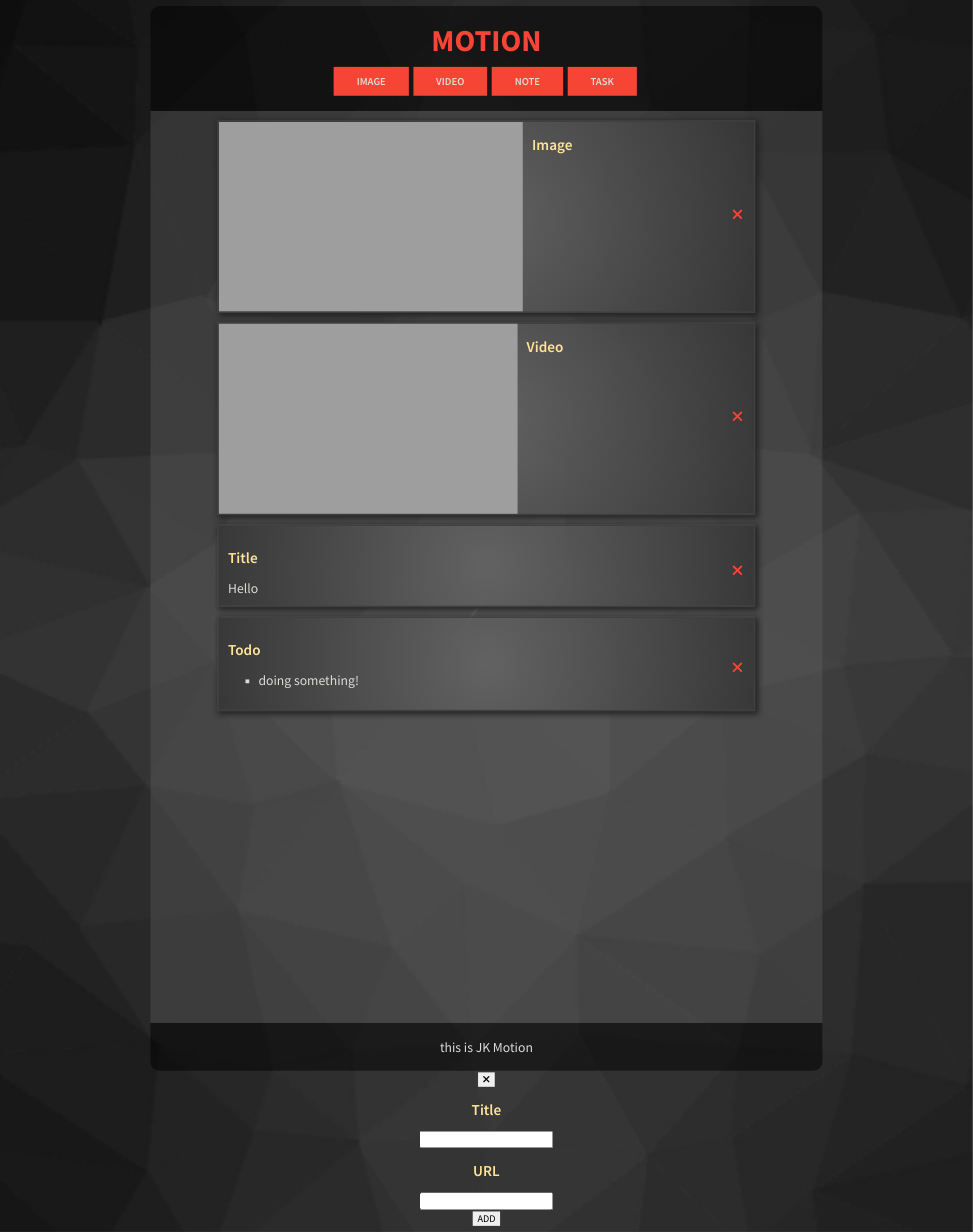
Repository: keehoonjung/Motion-project
Page: index.html
These files come from the project's save history. The page is drawn as it stood at one moment and after the next save; the edit follows.
The browser window is 1280 px wide. The pictures show the whole page, at 76% of full size.
Pictures or frames that could not be fetched are drawn as grey boxes. Some web libraries are served in a nearby version.

Above is the page before, as saved 2021-08-23 16:40:28.

### index.html
<!DOCTYPE html>
<html lang="en">
  <head>
    <meta charset="UTF-8" />
    <meta http-equiv="X-UA-Compatible" content="IE=edge" />
    <meta name="viewport" content="width=device-width, initial-scale=1.0" />
    <script src="main.js" defer></script>
    <link rel="stylesheet" href="style.css" />
    <script
      src="https://kit.fontawesome.com/a7a8d59961.js"
      crossorigin="anonymous"
    ></script>
    <link rel="preconnect" href="https://fonts.googleapis.com" />
    <link rel="preconnect" href="https://fonts.gstatic.com" crossorigin />
    <link
      href="https://fonts.googleapis.com/css2?family=Source+Sans+Pro:wght@400;600;700&display=swap"
      rel="stylesheet"
    />
    <title>MOTION</title>
  </head>
  <body>
    <section class="container">
      <header class="head">
        <h1 class="logo">MOTION</h1>
        <nav class="head__menu">
          <button class="menu__btn">IMAGE</button>
          <button class="menu__btn">VIDEO</button>
          <button class="menu__btn">NOTE</button>
          <button class="menu__btn">TASK</button>
        </nav>
      </header>
      <section class="mainlist">
        <div class="mainlist__item">
          <img src="https://picsum.photos/400/250" alt="random__img" />
          <h2 class="mainlist__title">Image</h2>
          <button class="mainlist__deletebtn">
            <i class="fas fa-times"></i>
          </button>
        </div>
        <div class="mainlist__item">
          <iframe
            width="400"
            height="250"
            src="https://www.youtube.com/embed/tvFjaz8dYn0"
            title="YouTube video player"
            frameborder="0"
            allow="accelerometer; autoplay; clipboard-write; encrypted-media; gyroscope; picture-in-picture"
            allowfullscreen
          ></iframe>
          <h2 class="mainlist__title">Video</h2>
          <button class="mainlist__deletebtn">
            <i class="fas fa-times"></i>
          </button>
        </div>
        <div class="mainlist__text">
          <h2 class="mainlist__text__title">Title</h2>
          <span> Hello </span>
          <button class="mainlist__deletebtn">
            <i class="fas fa-times"></i>
          </button>
        </div>
        <div class="mainlist__text">
          <h2 class="mainlist__text__title">Todo</h2>
          <ul class="todo__items">
            <li class="todo__item">
              <span>doing something!</span>
            </li>
          </ul>
          <button class="mainlist__deletebtn">
            <i class="fas fa-times"></i>
          </button>
        </div>

          </div>
      </section>
      <footer class="footer">
        <span>this is JK Motion<span>
      </footer>
    </section>
    <section class="popup">
      <button class="popup__exitbtn">
        <i class="fas fa-times"> </i>
      </button>
      <div class="pupup__title">
        <h2>Title</h2>
        <input type="text" class="popup__title__input" />
      </div>
      <div class="popup__url">
        <h2>URL</h2>
        <input type="text" class="popup__url__input" />
      </div>
      <button class="popup__addbtn">ADD</button>
    </section>
  </body>
</html>

### build/main.js
"use strict";
const mainMenu = document.querySelector(".head__menu");
const popup = document.querySelector(".popup");
const darkcontainer = document.querySelector(".darkcontainer");
const body = document.querySelector("body");
const mainlist = document.querySelector(".mainlist");
const urlInput = document.querySelector(".popup__item__input");
const titleInput = document.querySelector(".popup__title__input");
mainMenu === null || mainMenu === void 0 ? void 0 : mainMenu.addEventListener("click", (event) => {
    const target = event.target;
    const name = target.dataset.name;
    popup === null || popup === void 0 ? void 0 : popup.classList.add("visible");
    darkcontainer === null || darkcontainer === void 0 ? void 0 : darkcontainer.classList.add("visible");
    popup === null || popup === void 0 ? void 0 : popup.setAttribute("data-name", name);
});
popup === null || popup === void 0 ? void 0 : popup.addEventListener("click", (event) => {
    const target = event.target;
    const name = popup.dataset.name;
    if ((target === null || target === void 0 ? void 0 : target.classList.value) == "fas fa-times") {
        exitPopup();
    }
    else if ((target === null || target === void 0 ? void 0 : target.classList.value) === "popup__addbtn") {
        switch (name) {
            case "image":
                createImageItem(titleInput === null || titleInput === void 0 ? void 0 : titleInput.value, urlInput === null || urlInput === void 0 ? void 0 : urlInput.value);
                break;
            case "video":
                createVideoItem(titleInput === null || titleInput === void 0 ? void 0 : titleInput.value, urlInput === null || urlInput === void 0 ? void 0 : urlInput.value);
                break;
            case "note":
                createNoteItem(titleInput === null || titleInput === void 0 ? void 0 : titleInput.value, urlInput === null || urlInput === void 0 ? void 0 : urlInput.value);
                break;
            case "todo":
                createTodoItem(titleInput === null || titleInput === void 0 ? void 0 : titleInput.value, urlInput === null || urlInput === void 0 ? void 0 : urlInput.value);
                break;
        }
        titleInput.value = "";
        urlInput.value = "";
        exitPopup();
    }
});
mainlist === null || mainlist === void 0 ? void 0 : mainlist.addEventListener("click", (event) => {
    const target = event.target;
    deleteItem(target);
});
function createImageItem(title, url) {
    const item = document.createElement("div");
    item.setAttribute("class", "mainlist__item");
    item.innerHTML = `
  <img src=${url} alt="random__img" />
  <h2 class="mainlist__title">${title}</h2>
  <button class="mainlist__deletebtn">
    <i class="fas fa-times"></i>
  </button>
  `;
    mainlist === null || mainlist === void 0 ? void 0 : mainlist.appendChild(item);
}
function createVideoItem(title, url) {
    const item = document.createElement("div");
    item.setAttribute("class", "mainlist__item");
    item.innerHTML = `
  <iframe
  width="400"
  height="250"
  src=${url}
  title="YouTube video player"
  frameborder="0"
  allow="accelerometer; autoplay; clipboard-write; encrypted-media; gyroscope; picture-in-picture"
  allowfullscreen
></iframe>
<h2 class="mainlist__title">${title}</h2>
<button class="mainlist__deletebtn">
  <i class="fas fa-times"></i>
</button>
    `;
    mainlist === null || mainlist === void 0 ? void 0 : mainlist.appendChild(item);
}
function createNoteItem(title, text) {
    const item = document.createElement("div");
    item.setAttribute("class", "mainlist__text");
    item.innerHTML = `
  <h2 class="mainlist__text__title">${title}</h2>
  <span> ${text} </span>
  <button class="mainlist__deletebtn">
    <i class="fas fa-times"></i>
  </button>
    `;
    mainlist === null || mainlist === void 0 ? void 0 : mainlist.appendChild(item);
}
function createTodoItem(title, text) {
    const item = document.createElement("div");
    item.setAttribute("class", "mainlist__text");
    item.innerHTML = `
    <h2 class="mainlist__text__title">${title}</h2>
    <ul class="todo__items">
      <li class="todo__item">
        <span>${text}</span>
      </li>
    </ul>
    <button class="mainlist__deletebtn">
      <i class="fas fa-times"></i>
    </button>
      `;
    mainlist === null || mainlist === void 0 ? void 0 : mainlist.appendChild(item);
}
function exitPopup() {
    darkcontainer === null || darkcontainer === void 0 ? void 0 : darkcontainer.classList.remove("visible");
    popup === null || popup === void 0 ? void 0 : popup.classList.remove("visible");
    popup === null || popup === void 0 ? void 0 : popup.removeAttribute("data-name");
}
function deleteItem(target) {
    if ((target === null || target === void 0 ? void 0 : target.classList.value) == "fas fa-times") {
        target.parentNode.parentNode.remove();
    }
}

### style.css
:root {
  --bg-main-color: #00000080;
  --bg-accent-color: #2d2d2d;
  --accent-color: #f64435;
  --text-accent-color: #ffe498;
  --text-edit-bg-color: #575757;
  --border-color: #3f3f3f;
  --shadow-color: #202020;
  --document-bg-color: #68686850;
  --component-bg-gradient: radial-gradient(
    circle,
    #646464e6 0%,
    #363636e6 100%
  );
  --smokywhite: #dddbd8;
  --black: #000000;
  --translucent-black: #00000099;

  /* size */
  --title-size: 40px;
  --menu-size: 14px;
  --semi-bold: 600;
  --delete-btn: 20px;
  --margin-item: 12px;
  --item-title: 20px;
  --item-padding: 12px;
  --border-radius: 12px;
}

* {
  font-family: "Source Sans Pro", sans-serif;
  box-sizing: border-box;
}

body {
  background: center/cover no-repeat url("./img/background.png");
  text-align: center;
}

h1 {
  font-size: var(--title-size);
}

h2 {
  font-size: var(--item-title);
  font-weight: var(--semi-bold);
  color: var(--text-accent-color);
}

span {
  color: var(--smokywhite);
  font-size: 18px;
}

ul {
  list-style: none;
}

button {
  border: none;
  outline: none;
}

.container {
  width: 70%;
  margin: auto;
  border-radius: var(--border-radius);
}

.head {
  background-color: var(--bg-main-color);
  padding: 20px 0;
  border-top-left-radius: var(--border-radius);
  border-top-right-radius: var(--border-radius);
}

.logo {
  margin: 0;
  color: var(--accent-color);
}

.head__menu {
  margin-top: 10px;
}

.menu__btn {
  background-color: var(--accent-color);
  color: var(--smokywhite);
  padding: 10px 30px;
  font-size: var(--menu-size);
  font-weight: var(--semi-bold);
  margin-right: 3px;
}

.mainlist {
  background-color: var(--document-bg-color);
  overflow-y: scroll;
  height: 1200px;
}

.mainlist__item {
  position: relative;
  border: 2px solid var(--border-color);
  background-color: var(--text-edit-bg-color);
  background: var(--component-bg-gradient);
  width: 80%;
  margin: auto;
  display: flex;
  margin-top: var(--margin-item);
  box-shadow: 3px 3px 8px 2px var(--shadow-color);
}

.mainlist__title {
  width: 45%;
  text-align: left;
  padding-left: var(--margin-item);
}

.mainlist__deletebtn {
  background: none;
  position: absolute;
  right: 8px;
  top: 43%;
  color: var(--accent-color);
  font-size: var(--delete-btn);
}

.mainlist__text {
  position: relative;
  border: 2px solid var(--border-color);
  background-color: var(--text-edit-bg-color);
  background: var(--component-bg-gradient);
  width: 80%;
  margin: auto;
  margin-top: var(--margin-item);
  text-align: left;
  padding: var(--margin-item);
  box-shadow: 3px 3px 8px 2px var(--shadow-color);
}

.todo__item {
  list-style: square;
  color: var(--smokywhite);
}

.footer {
  background-color: var(--bg-main-color);
  padding: 20px 0;
  border-bottom-right-radius: var(--border-radius);
  border-bottom-left-radius: var(--border-radius);
}

After the next save:
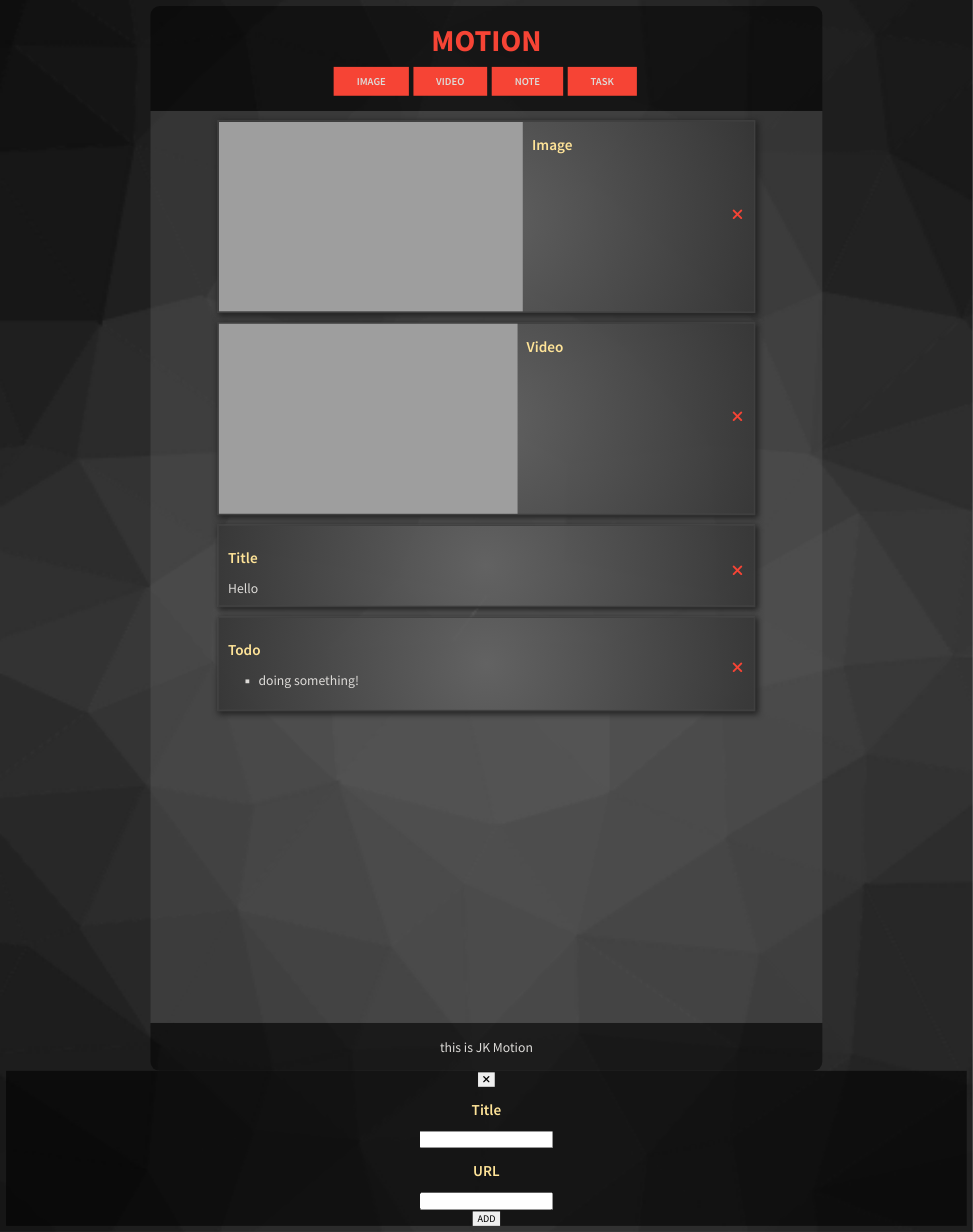
Saved 95 s later.
--- a/style.css
+++ b/style.css
@@ -149,3 +149,7 @@ button {
   border-bottom-right-radius: var(--border-radius);
   border-bottom-left-radius: var(--border-radius);
 }
+
+.popup {
+  background: var(--translucent-black);
+}
